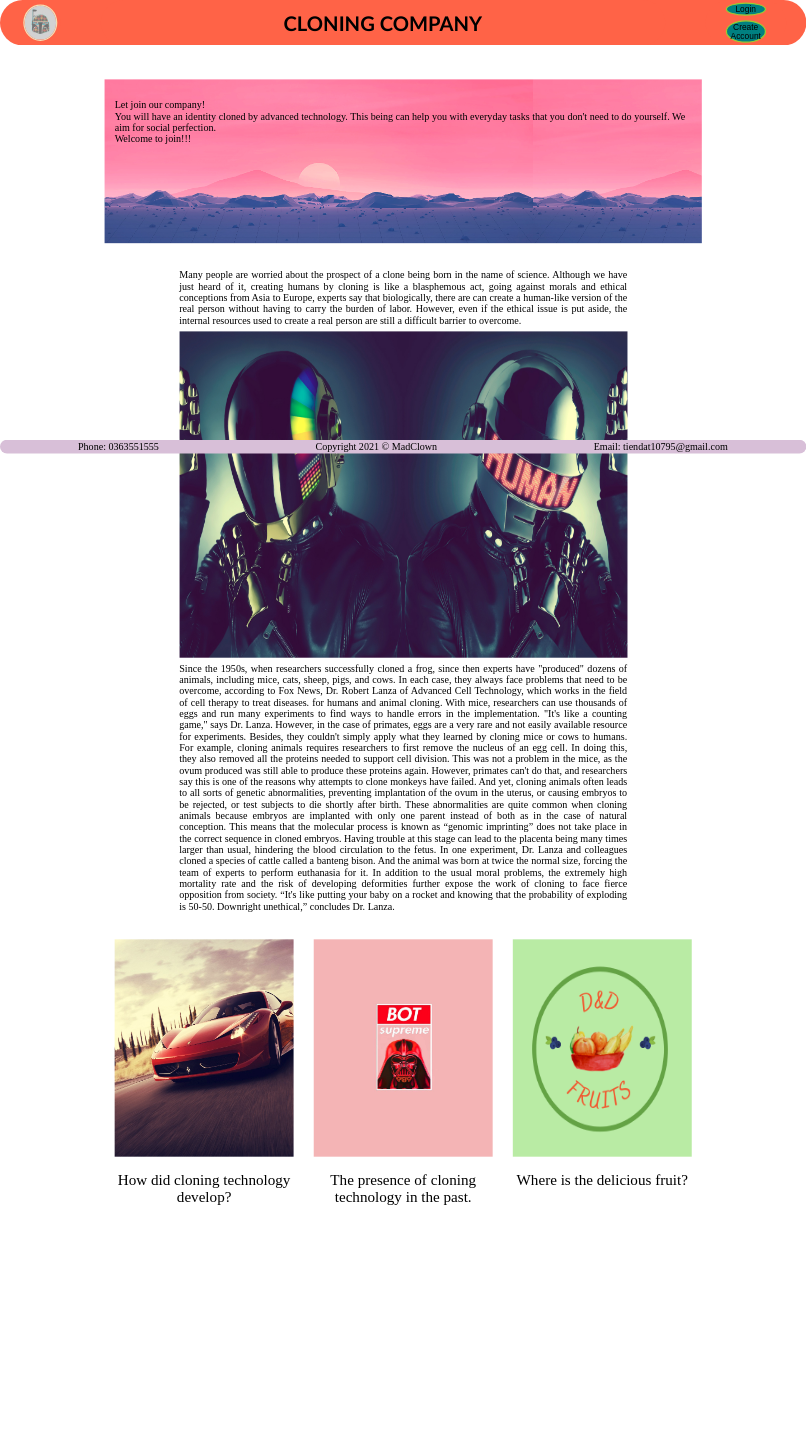
Repository: madd107/demo-form
Page: Assigment_FEE/CaseStudy_1.html
The author's editor kept a copy of each file at every save. The page is drawn from the files as they stood at one save, then again after the next save.
The browser window is 1280 px wide. The pictures show the whole page, at 63% of full size.

Above is the page before, as saved 2021-10-01 02:32:18.

After the next save:
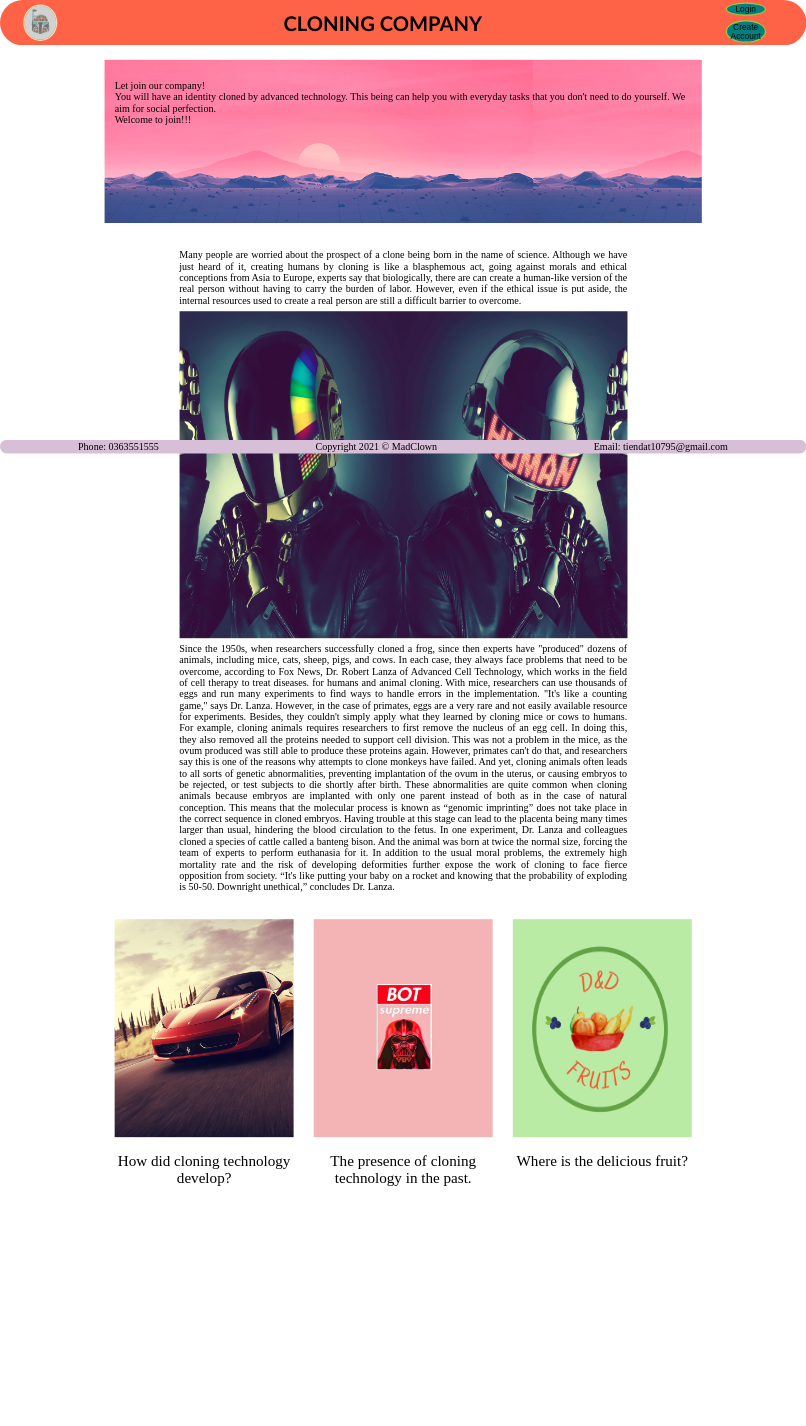
Saved 92 s later.
--- a/Assigment_FEE/css/CaseStudy_1.css
+++ b/Assigment_FEE/css/CaseStudy_1.css
@@ -70,7 +70,7 @@
   color: yellowgreen;
 }
 .main {
-  margin: 10% auto;
+  margin: 7.5% auto;
   width: 75%;
   height: 80%;
   display: flex;
